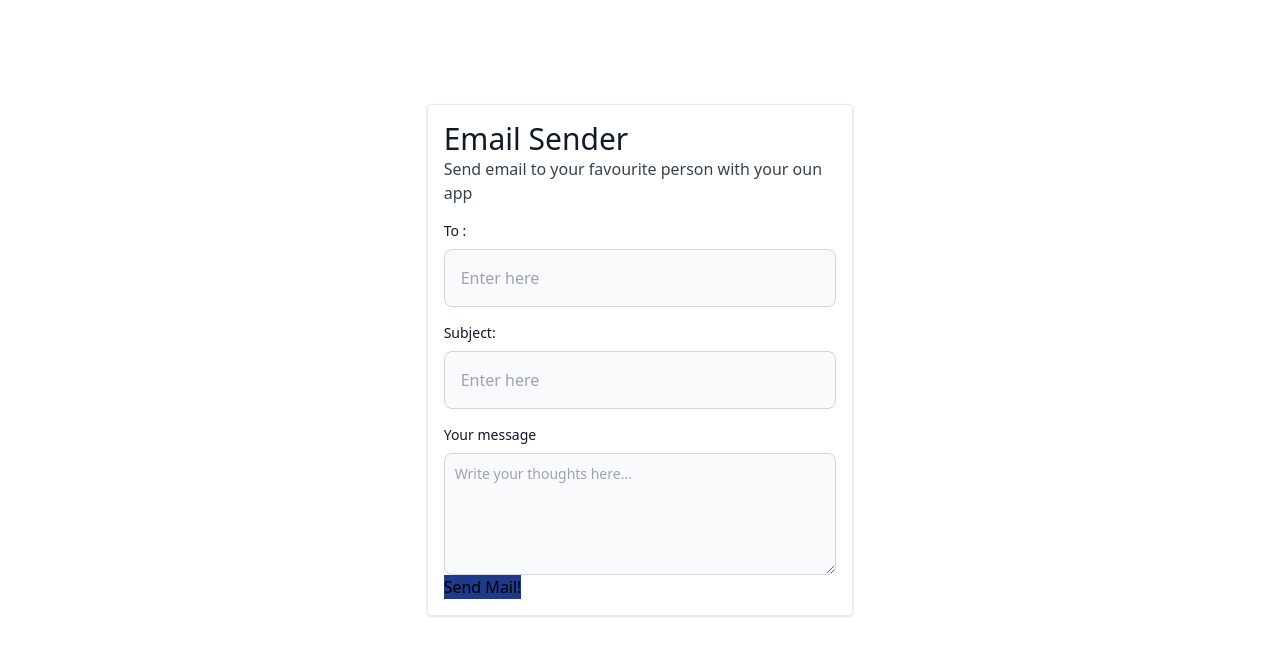
Repository: vikas-1234/EmailReactProject
Page: / (app in email-sender/)
These files come from the project's save history. The page is drawn as it stood at one moment and after the next save; the edit follows.
The browser window is 1280 px wide. The pictures show the whole page.
The project was rebuilt for these pictures with package versions that can differ from the ones it lists, and the page was loaded fresh each time. Also part of the build but not shown: email-sender/vite.config.js, email-sender/src/App.css.

Above is the page before, as saved 2024-04-20 15:05:12.

### email-sender/src/App.jsx

import './App.css'
import EmailSender from './components/EmailSender'

function App() {


  return (
    <>
      <EmailSender/>
    </>
  )
}

export default App

### email-sender/src/components/EmailSender.jsx

function EmailSender() {
  return (
    /* The code `<div>EmailSender</div>` is creating a JSX element in React. It is rendering a `<div>`
    element with the text content "EmailSender" inside it. This JSX element will be displayed as a
    div with the text "EmailSender" when the `EmailSender` component is rendered. */
    // <div>EmailSender</div>
    <div className="w-full min-h-screen flex justify-center items-center">



<div className="email_card w-1/3 p-4 border rounded shadow">
<h1 className="text-gray-900 text-3xl">Email Sender</h1>
<p className="text-gray-700"> Send email to your favourite person with your oun app  </p>

<form action="">

{/* To Section */}

<div className="input_field mt-4">
<label for="large-input" class="block mb-2 text-sm font-medium text-gray-900 dark:text-white" >To :</label>
<input type="text" placeholder="Enter here" id="large-input" class="block w-full p-4 text-gray-900 border border-gray-300 rounded-lg bg-gray-50 text-base focus:ring-blue-500 focus:border-blue-500 dark:bg-gray-700 dark:border-gray-600 dark:placeholder-gray-400 dark:text-white dark:focus:ring-blue-500 dark:focus:border-blue-500"></input>
</div>
{/* To Subject */}

<div className="input_field mt-4">
<label for="large-input" class="block mb-2 text-sm font-medium text-gray-900 dark:text-white" >Subject:</label>
<input type="text" placeholder="Enter here" id="large-input" class="block w-full p-4 text-gray-900 border border-gray-300 rounded-lg bg-gray-50 text-base focus:ring-blue-500 focus:border-blue-500 dark:bg-gray-700 dark:border-gray-600 dark:placeholder-gray-400 dark:text-white dark:focus:ring-blue-500 dark:focus:border-blue-500"></input>
</div>

{/* Message Section */}

<div className="form_field mt-4">
<label for="message" class="block mb-2 text-sm font-medium text-gray-900 dark:text-white">Your message</label>
<textarea id="message" rows="5" class="block p-2.5 w-full text-sm text-gray-900 bg-gray-50 rounded-lg border border-gray-300 focus:ring-blue-500 focus:border-blue-500 dark:bg-gray-700 dark:border-gray-600 dark:placeholder-gray-400 dark:text-white dark:focus:ring-blue-500 dark:focus:border-blue-500" placeholder="Write your thoughts here..."></textarea>

</div>

<div className="button_container">
<button className="bg-blue-900">Send Mail!</button>

</div>








</form>









    </div>
    </div>

  )
}

export default EmailSender;

### email-sender/tailwind.config.js
/** @type {import('tailwindcss').Config} */
export default {
  content: ["./index.html",
  "./src/**/*.{js,ts,jsx,tsx}",],
  theme: {
    extend: {},
  },
  plugins: [],
  darkMode:'selector',
}

Loaded but not shown: email-sender/index.html (common file); email-sender/src/main.jsx (common file); email-sender/src/index.css (common file)

After the next save:
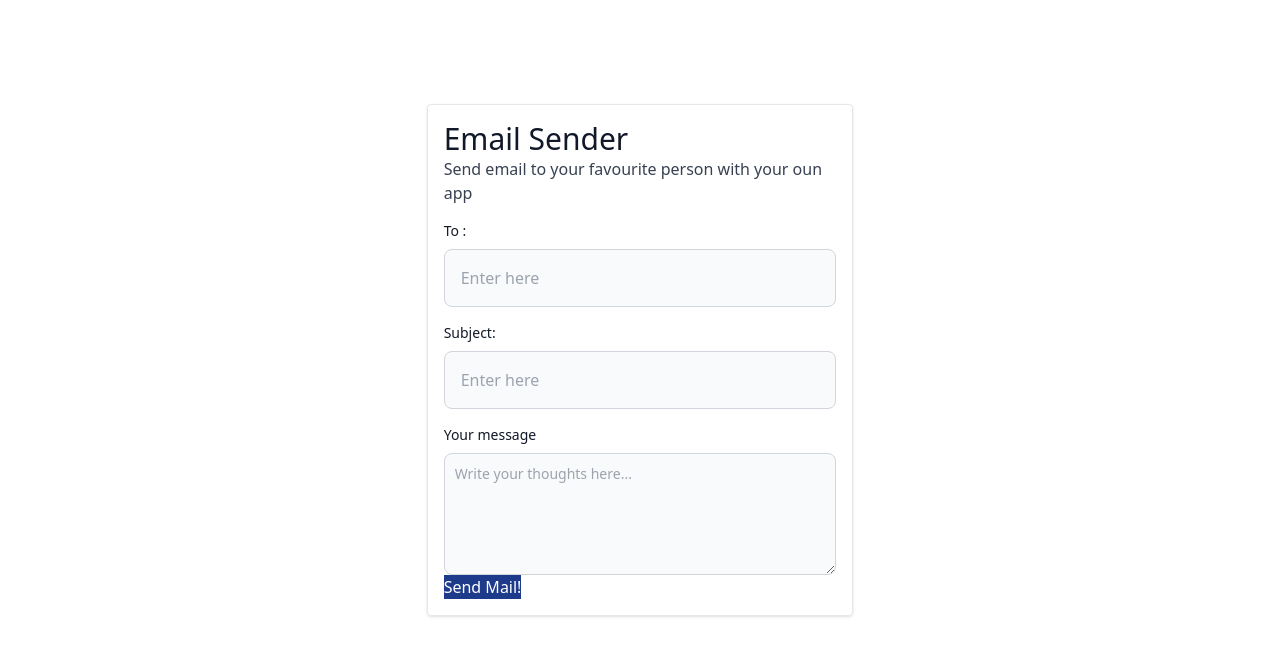
Saved 69 s later.
--- a/email-sender/src/components/EmailSender.jsx
+++ b/email-sender/src/components/EmailSender.jsx
@@ -37,7 +37,7 @@ function EmailSender() {
 </div>
 
 <div className="button_container">
-<button className="bg-blue-900">Send Mail!</button>
+<button className="bg-blue-900 text-white hover:bg-blue-700">Send Mail!</button>
 
 </div>
 
